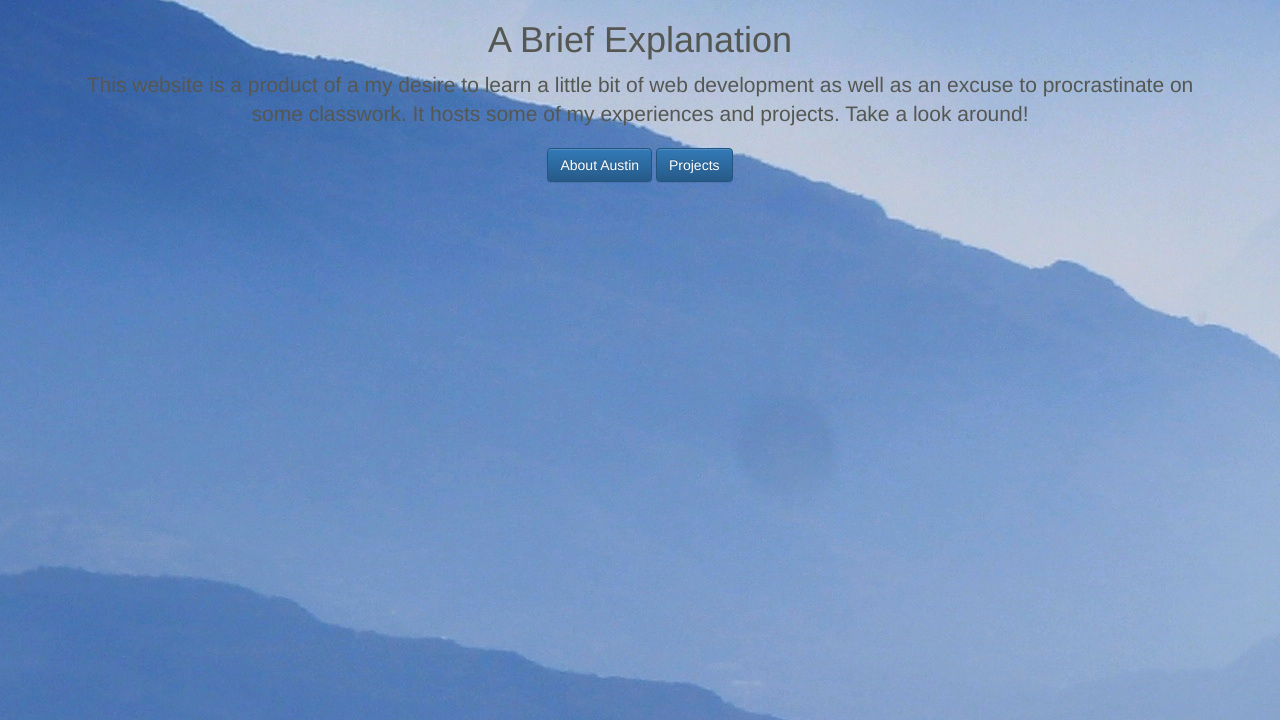
Repository: austinHerring/PersonalWebsite
Page: PersonalWebsite/WebContent/index.html
These files come from the project's save history. The page is drawn as it stood at one moment and after the next save; the edit follows.
The browser window is 1280 px wide. The pictures show the whole page.

Above is the page before, as saved 2016-06-12 22:16:56.

### PersonalWebsite/WebContent/index.html
<html>
	<head>
		<meta charset="utf-8"/>
		<title>Home - Austin</title>
		<link rel="stylesheet" href="css/bootstrap.min.css">
		<link rel="stylesheet" href="css/bootstrap-theme.min.css">
		<link rel="stylesheet" href="css/main.css">
	</head>
	<body>

		<div class="container" id="page-wrap">
			<div class="row">
				<div class="col-lg-12">
					<h1>A Brief Explanation</h1>
					<p class="lead">This website is a product of a my desire to learn a little bit of web development as well as an excuse to procrastinate on some classwork. It hosts some of my experiences and projects. Take a look around!</p>
				</div>
			</div>
			<div class="row">
				<div class="col-lg-12">
					<a class="btn btn-primary" href="about.html" role="button">About Austin</a>
					<a class="btn btn-primary" href="projects.html" role="button">Projects</a>
				</div>
			</div>
		</div>

		<div id="bg">
			<img src="images/background.jpg" alt="">
		</div>

		<script src="js/jquery.min.js"></script>
		<script src="js/bootstrap.min.js"></script>
	</body>
</html>

### PersonalWebsite/WebContent/css/main.css
body {
    width: 100%;
    height: 100%;
    text-align: center;
    font-family: Lora,"Helvetica Neue",Helvetica,Arial,sans-serif;
    color: #555753;
    background-color:#000;
}

#bg {
	position:fixed;
	top:-50%;
	left:-50%;
	width:100%;
	height:80%;
}

#bg img {
	position:absolute;
	top:0;
	left:0;
	right:0;
	bottom:0;
	margin:auto;
	min-width:50%;
	min-height:50%;
}

#page-wrap { position: relative; z-index: 2}

Loaded but not shown: PersonalWebsite/WebContent/css/bootstrap.min.css (library); PersonalWebsite/WebContent/css/bootstrap-theme.min.css (library); PersonalWebsite/WebContent/js/jquery.min.js (library); PersonalWebsite/WebContent/js/bootstrap.min.js (library)

After the next save:
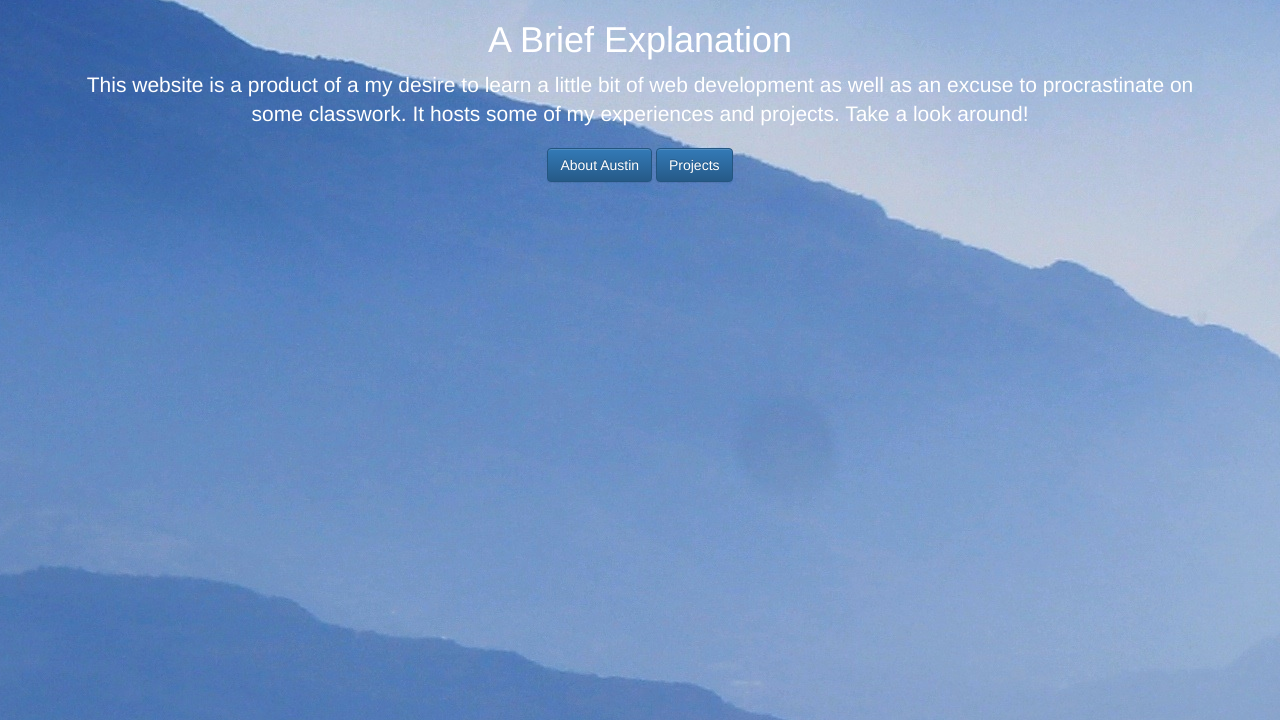
Saved 63 s later.
--- a/PersonalWebsite/WebContent/css/main.css
+++ b/PersonalWebsite/WebContent/css/main.css
@@ -3,7 +3,7 @@ body {
     height: 100%;
     text-align: center;
     font-family: Lora,"Helvetica Neue",Helvetica,Arial,sans-serif;
-    color: #555753;
+    color: fff;
     background-color:#000;
 }
 
